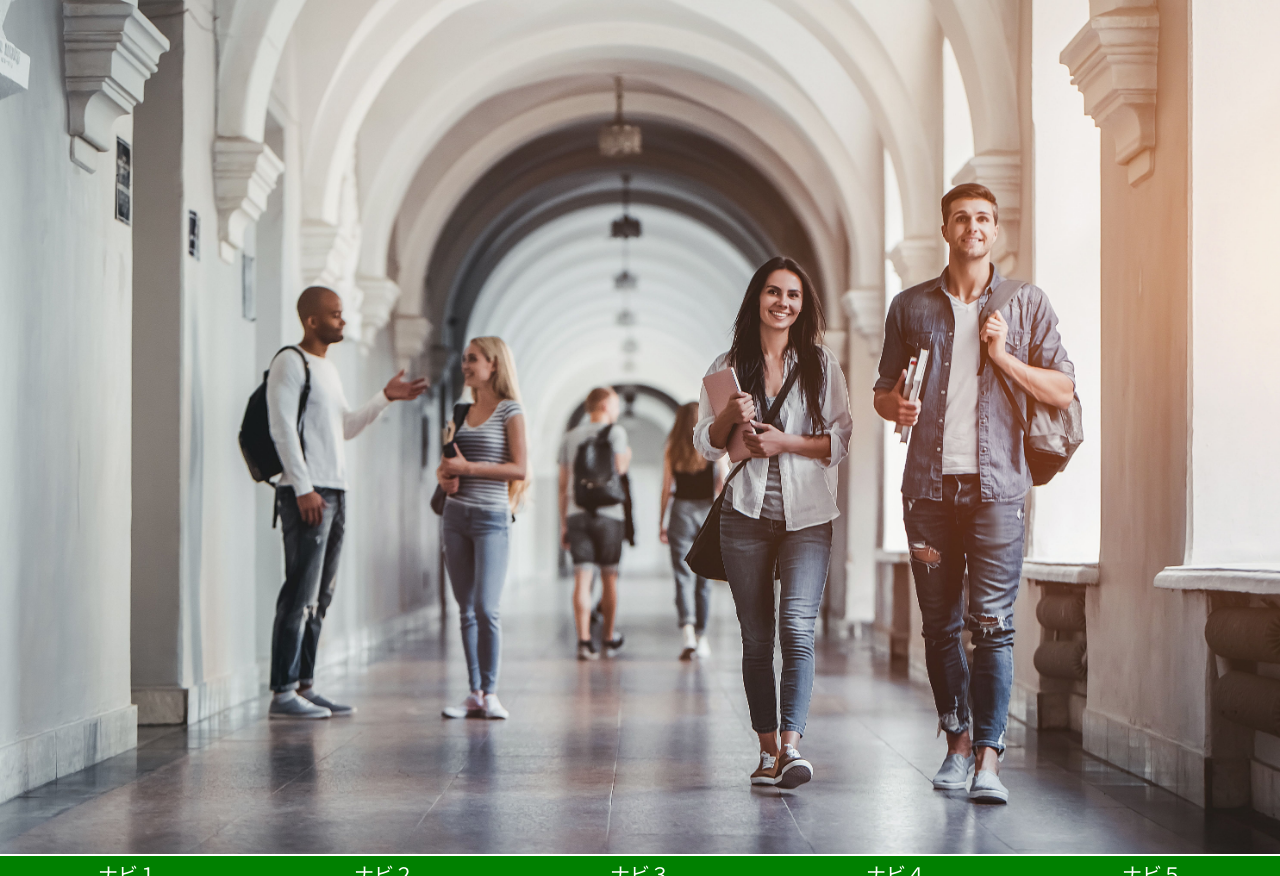
Repository: dontakumi1214/samurai_HTML-CSS
Page: home.html
The author's editor kept a record of every edit. The page is drawn from the files as they stood at one moment, then again after the next edit.
The browser window is 1280 px wide. The pictures show the part of the page from y = 0 to 876 px (the page is 1614 px tall).
The pointer rests on the first visible `#nav ul li a`.
A picture or video elsewhere on the page could not be fetched, so the positions and the page height are approximate.

Above is the page before.

### home.html
<!DOCTYPE html>
<html lang="ja">
    <head>
        <meta charset="UTF-8">
        <title>HTML/CSSの学習</title>
        <link rel="stylesheet" href="stylesheet.css">
    </head>
    <body>
        <div id="header">
            <h1><a href="index.html"><img id="corridor" src="corridor.jpg" alt="大学の廊下" /></a></h1>
        </div>
        <div id="wrapper">
            <div id="nav">
                <ul>
                    <li><a href="home.html">ナビ１</a></li>
                    <li><a href="#">ナビ２</a></li>
                    <li><a href="#">ナビ３</a></li>
                    <li><a href="#">ナビ４</a></li>
                    <li><a href="#">ナビ５</a></li>
                </ul>
            </div>
              <div id="container">
                <div id="main">
                    <div class="post">
                        <p>ここは文章が入ります。ここは文章が入ります。ここは文章が入ります。<br />今は、適当な文章を入れてあります。これをダミーテキストといいます。</p>
                    </div>
                    <div class="post clearfix">
                        <h2>小見出し1</h2>
                        <img class="left" src="images/classroom.jpg" alt="授業風景" />
                        <p>
                            コンテンツ1の本文になります。コンテンツ1の本文になります。コンテンツ1の本文になります。コンテンツ1の本文になります。
                            コンテンツ1の本文になります。コンテンツ1の本文になります。コンテンツ1の本文になります。コンテンツ1の本文になります。
                        </p>
                        <p><a href="#">→コンテンツ1のページへ</a></p>
                    </div>
                    <div class="post clearfix">
                        <h2>小見出し2</h2>
                        <img class="right" src="images/scale.jpg" alt="天秤" />
                        <p>
                            コンテンツ2の��文になります。コンテンツ2の本文になります。コンテンツ2の本文になります。コンテンツ2の本文になります。
                            コンテンツ2の本文になります。コンテンツ2の本文になります。コンテンツ2の本文になります。コンテンツ2の本文になります。
                        </p>
                    </div>
                </div>
            </div>
        </div>
          <div id="footer">
              <p>&copy; 20xx ○○ All Rights Reserved.</p>
          </div>
    </body>
</html>

### stylesheet.css
@charset "utf-8";

body {
	margin: 0;
	padding: 0;
	font-family: "ヒラギノ角ゴ Pro W3", "Hiragino Kaku Gothic Pro", "メイリオ", Meiryo, Osaka, "ＭＳ Ｐゴシック", "MS PGothic", sans-serif;
	color: #333;
	font-size: 13px;
	line-height: 150%;
}

/* -------------------- wrapper -------------------- */
#wrapper {
	 width: 100%;
    margin: auto;
    padding: 0px;
    border: 0px;
    background-color: #FFF;
    top: 10px;
}

 /* -------------------- header -------------------- */
 #header {
 	width: 100%;
 }
 #header h1 {
 	 margin: 0;
	 padding: 0;
 }

 #corridor {
	 width: 100%;
	 height: auto;
 }

 /* -------------------- footer -------------------- */
 #footer {
 	 	 clear: both;
 	 width: 100%;
 	 padding: 3px 0 3px 0;
 	 background: #39F;
 	 color: #FFF;
 	 font-weight: bold;
 	 text-align: center;
 }

 /* -------------------- nav -------------------- */
 #nav {
	 width: 100%;
 }
 #nav ul {
	 margin: 0;
	 padding: 0;
	 list-style-type: none;
 }
 #nav ul li {
	 float: left;
	 width: 20%;
	 text-align: center;
 }
 #nav ul li a {
	 display: block;
	 height: 20px;
	 margin: 0;
	 padding: 10px;
	 color: #FFF;
	 font-size: 20px;
	 text-decoration: none;
	 background-color: green;
 }
 /* -------------------- container -------------------- */
 #container {
	 width: 100%;
	 margin: auto ;
	 padding: auto;
	 padding-top: 20px;
	 clear: both;
 }
 /* -------------------- main -------------------- */
 #main {
	 float: left;
	 width: 60%;
	 padding: 10px 30px 10px 10px;
 }
 #main h2 {
	 margin: 0 0 10px 0;
	 padding: 3px 10px 3px 10px;
	 color: #FFF;
	 font-size: 16px;
	 border-left: solid 10px #C00;
	 background: #F90 url(../images/main_h2.jpg) right top repeat-y;
 }
 #main p {
	 margin: 0;
	 padding: 0;
 }
 #main .post {
	 margin: 0 0 30px 0;
 }

 #main .post img.right {
	 margin: 0 0 0 8px;
 }
 #main .post img.left {
	 margin: 0 8px 0 0;
 }

 .right {
	 float: right;
	 width: 40%;
	 height: auto;
 }
 .left {
	 float: left;
	 width: 40%;
	 height: auto;
 }

 /* -------------------- clearfix -------------------- */
 .clearfix {
	 zoom: 1;
 }
 .clearfix:after{
	 content: "";
	 display: block;
	 clear: both;
 }
 /* -------------------- side -------------------- */
 #side {
 	 float: right;
 	 width: 30%;
 	 padding: 20px;
 	 background-color: #F99;
 }
 #side .box {
 	 margin: 0 auto 30px auto;
 	 padding: 0 0 20px 0;
 	 background: url(images/side_box.png) bottom no-repeat;
 }
 #side .box h2 {
 	 margin: 0;
 	 padding: 8px;
 	 text-align: center;
 	 color: #fff;
 	 font-size: 16px;
 	 line-height: 16px;
 	 font-weight: normal;
 	 background: url(images/side_box_h2.png) center no-repeat;
 }
 #side .box .boxBody {
 	 padding: 8px;
 	 border-right: solid 1px #C36;
 	 border-bottom: solid 1px #C36;
 	 border-left: solid 1px #C36;
 	 background: #fff;
 }
 #side .box .boxBody ul {
 	 margin: 0 0 16px 0;
 	 padding: 0;
 }
 #side .box .boxBody ul li {
 	 padding: 8px 0 8px 4px;
 	 list-style: none;
 	 border-bottom: solid 1px #C36;
 }

After the next edit:
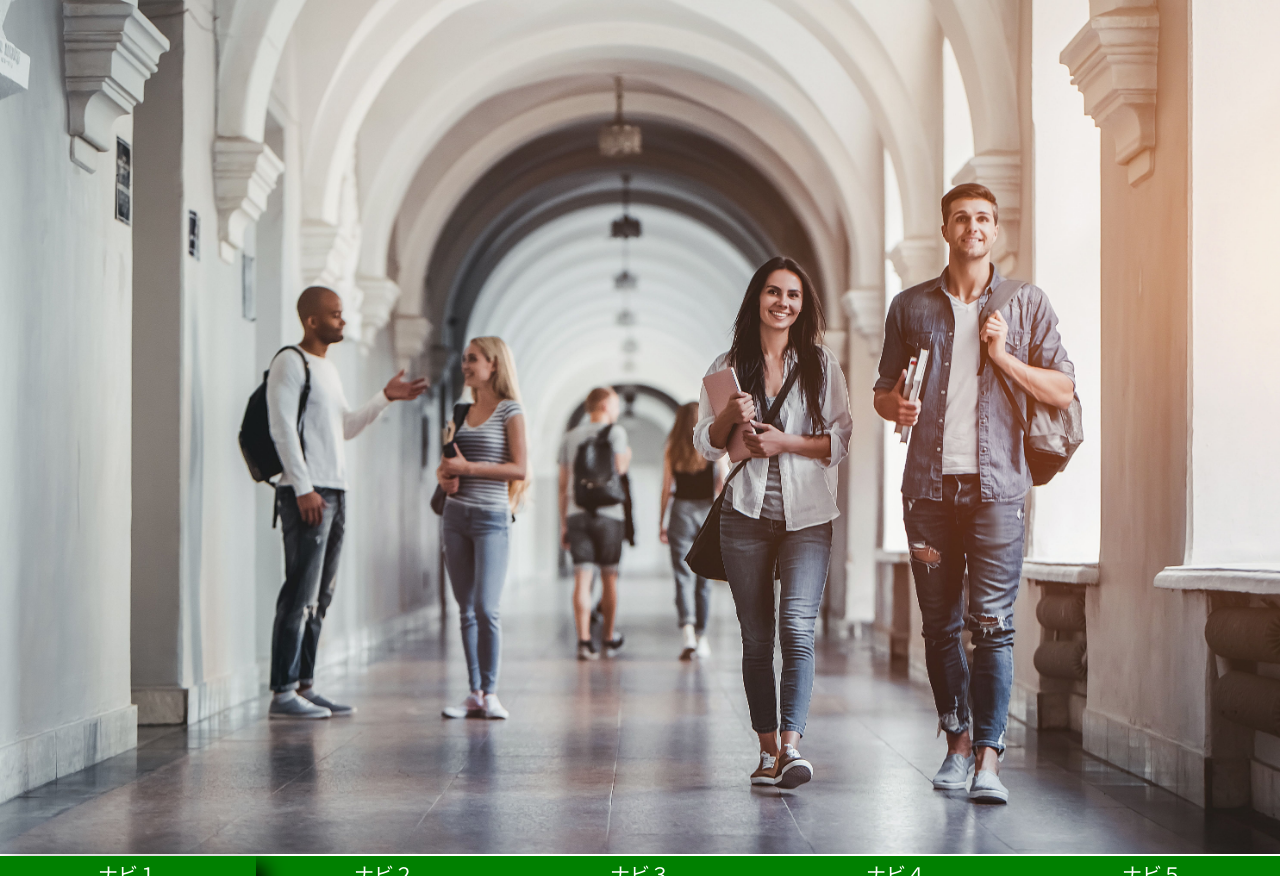
The edit:
--- a/stylesheet.css
+++ b/stylesheet.css
@@ -68,6 +68,11 @@
 	 text-decoration: none;
 	 background-color: green;
  }
+
+ #nav ul li a:hover {
+	 filter: drop-shadow(10px 10px 10px black);
+}
+
  /* -------------------- container -------------------- */
  #container {
 	 width: 100%;
